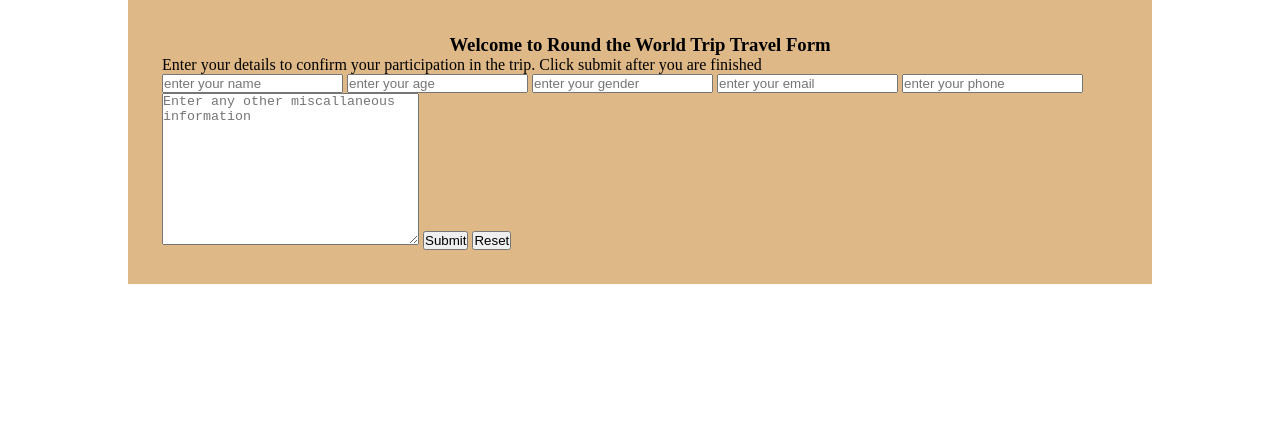
Repository: AvinashLikesToLearnNewStuff/TravelForm
Page: index.html
These files come from the project's save history. The page is drawn as it stood at one moment and after the next save; the edit follows.
The browser window is 1280 px wide. The pictures show the whole page.

Above is the page before, as saved 2023-03-18 16:50:37.
Console error: SyntaxError: Unexpected token '<'

### index.html
<!DOCTYPE html>
<html lang="en">
  <head>
    <meta charset="UTF-8" />
    <meta http-equiv="X-UA-Compatible" content="IE=edge" />
    <meta name="viewport" content="width=device-width, initial-scale=1.0" />
    <title>Travel to new places</title>
    <link rel="stylesheet" href="style.css" />
  </head>
  <body>
    <div class="container">
      <h3>Welcome to Round the World Trip Travel Form</h3>
      <p>
        Enter your details to confirm your participation in the trip. Click
        submit after you are finished
      </p>

      <form action="index.php" method="post">
        <input
          type="text"
          name="name"
          id="name"
          placeholder="enter your name"
        />

        <input type="text" name="age" id="age" placeholder="enter your age" />

        <input
          type="text"
          name="gender"
          id="gender"
          placeholder="enter your gender"
        />

        <input
          type="email"
          name="email"
          id="email"
          placeholder="enter your email"
        />

        <input
          type="phone"
          name="phone"
          id="phone"
          placeholder="enter your phone"
        />

        <textarea
          name="desc"
          id="desc"
          cols="30"
          rows="10"
          placeholder="Enter any other miscallaneous information"
        ></textarea>
        <button class="btn">Submit</button>
        <button type="reset">Reset</button>
      </form>
    </div>
    <script src="index.js"></script>
  </body>
</html>

### style.css
* {
    margin: 0px;
    padding: 0px;
    box-sizing: border-box;
}

.container {
    max-width: 80%;
    background-color: burlywood;
    padding: 34px;
    margin: auto;
}

.container h3 {
    text-align: center;
    margi
}

### index.js
<tab>i

After the next save:
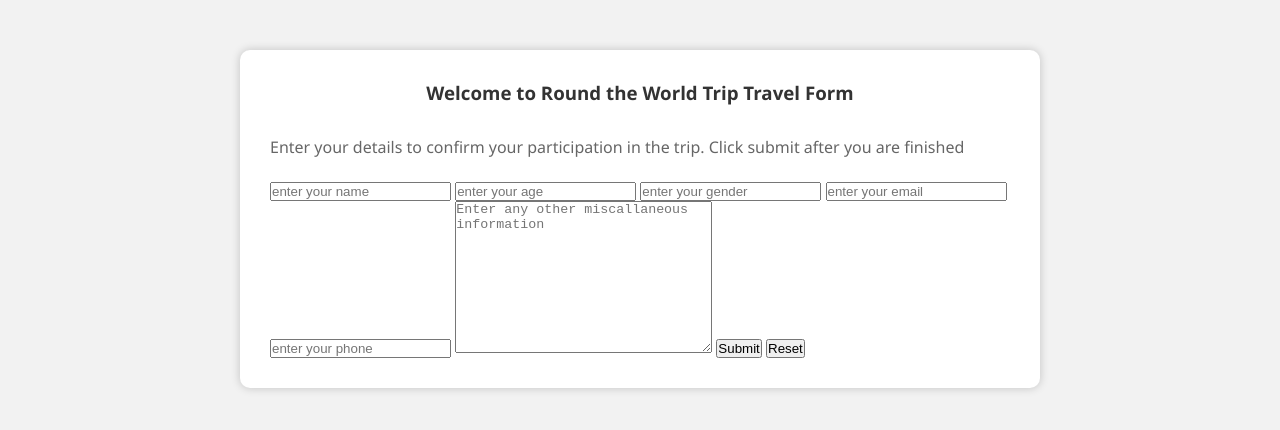
Saved 26 s later.
--- a/style.css
+++ b/style.css
@@ -1,17 +1,47 @@
 * {
-    margin: 0px;
-    padding: 0px;
+    margin: 0;
+    padding: 0;
     box-sizing: border-box;
 }
 
+body {
+    font-family: 'Segoe UI', Tahoma, Geneva, Verdana, sans-serif;
+    background-color: #f2f2f2;
+}
+
 .container {
-    max-width: 80%;
-    background-color: burlywood;
-    padding: 34px;
-    margin: auto;
+    max-width: 800px;
+    background-color: #fff;
+    border-radius: 10px;
+    box-shadow: 0 0 10px rgba(0, 0, 0, 0.2);
+    margin: 50px auto;
+    padding: 30px;
 }
 
 .container h3 {
     text-align: center;
-    margi
+    margin-bottom: 30px;
+    color: #333;
 }
+
+.container p {
+    margin-bottom: 20px;
+    font-size: 16px;
+    line-height: 1.5;
+    color: #666;
+}
+
+.container a {
+    display: block;
+    text-align: center;
+    padding: 10px 20px;
+    background-color: #4caf50;
+    color: #fff;
+    border-radius: 5px;
+    text-decoration: none;
+    transition: background-color 0.3s ease-in-out;
+}
+
+.container a:hover {
+    background-color: #3e8e41;
+}
